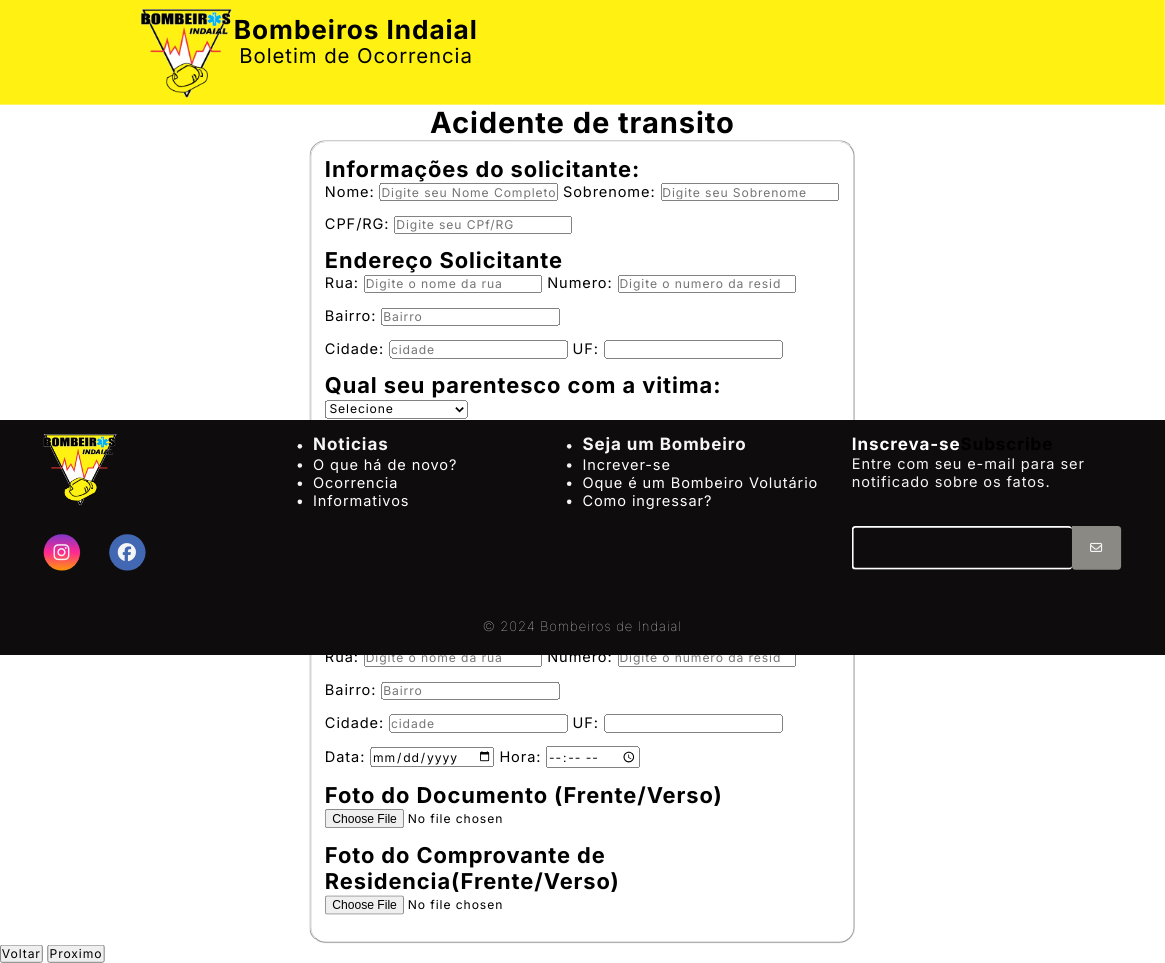
Repository: ThaylonKnopf/ProjetoBV
Page: AcidenteTransito/transitoparente/Form.html
An editor plug-in stored every save of this project. The page is shown before and after a run of saves, followed by the edit.
The browser window is 1280 px wide. The pictures show the whole page, at 91% of full size.

Above is the page before, as saved 2024-04-08 11:39:33.

### AcidenteTransito/transitoparente/Form.html
<!DOCTYPE html>
<html lang="pt-BR">

    <head>
        <meta charset="UTF-8">
        <meta name="viewport" content="width=device-width, initial-scale=1.0">
        <title>Requisição de B.O.</title>
        <link rel="stylesheet" href="estilo-fato.css">
        <link rel="shortcut icon"
            href="https://storage.googleapis.com/production-hostgator-brasil-v1-0-9/629/1202629/afAiZAhX/4db7fe933b1247ebbdbe06664fbece59">
        <link rel="stylesheet" href="https://cdnjs.cloudflare.com/ajax/libs/font-awesome/6.5.2/css/all.min.css"
            integrity="sha512-SnH5WK+bZxgPHs44uWIX+LLJAJ9/2PkPKZ5QiAj6Ta86w+fsb2TkcmfRyVX3pBnMFcV7oQPJkl9QevSCWr3W6A=="
            crossorigin="anonymous" referrerpolicy="no-referrer" />

    </head>

    <body>
        <header>
            <link rel="stylesheet" href="/header/footer/header.css">
            <main>
                <source media="(min-width:320px)" srcset="" sizes="300px">
                <div class="titulo">
                    <h1>Bombeiros&nbsp;Indaial</h1>
                </div>
                <div class="img">
                    <a href="https://bombeirosindaial.com.br/" target="_blank"><img src="../img/m.png"
                            alt="logo-bombeiro"></a>
                </div>
                <div class="p">
                    <p>Boletim&nbsp;de&nbsp;Ocorrencia</p>
                </div>
                </nav>
            </main>
        </header>
        <main class="menuh1">
            <h1>Acidente de transito</h1>
        </main>
        <form>
            <fieldset>
                <h2>Informações do solicitante:</h2>
                <div class="campo" required>
                    <label for="nome">Nome:</label>
                    <input type="text" name="nome" id="nome" placeholder="Digite seu Nome Completo" required>
                    <label for="sobrenome">Sobrenome:</label>
                    <input type="text" name="sobrenome" id="sobrenome" placeholder="Digite seu Sobrenome" required>
                </div>
                <div id="cpf">
                    <label for="cfp">CPF/RG:</label>
                    <input type="text" name="cfp" id="cpf" placeholder="Digite seu CPf/RG" required>
                </div>
                <h2>Endereço Solicitante</h2>
                <div id="rua">
                    <label for="rua">Rua:</label>
                    <input type="text" name="rua" id="rua" placeholder="Digite o nome da rua" required>
                    <label for="rua">Numero:</label>
                    <input type="number" name="numero" id="numero" placeholder="Digite o numero da residencia."
                        required>
                </div>
                <div id="bairro">
                    <label for="bairro">Bairro:</label>
                    <input type="text" name="bairro" id="bairro" placeholder="Bairro" required>
                </div>
                <div>
                    <label for="cidade">Cidade:</label>
                    <input type="text" name="cidade" id="cidade" placeholder="cidade" required>
                    <label for="estado">UF:</label>
                    <input type="text" name="estado" id="estado" required>
                </div>
                <h2>Qual seu parentesco com a vitima:</h2>
                <select name="parentesco" id="parente">
                    <option selected disabled value="">Selecione</option>
                    <option>Pai/Mae</option>
                    <option>Irmão/Irmã</option>
                    <option>Conjuge</option>
                    <option>Filho/Filha</option>
                    <option>Avô/Avó</option>
                    <option>Responsável Legal</option>
                </select>
                <h2>Informações da vitima:</h2>
                <div class="campov">
                    <label for="nomev">Nome:</label>
                    <input type="text" name="nome" id="nomev" placeholder="Digite seu Nome" required>
                    <label for="sobrenome">Sobrenome:</label>
                    <input type="text" name="sobrenome" id="sobrenomev" placeholder="Digite seu Sobrenome" required>
                </div>
                <div id="cpfv">
                    <label for="cfp">CPF/RG:</label>
                    <input type="text" name="cfp" id="cpfv" placeholder="Digite seu CPf/RG" required>
                </div>
                <h2>Endereço Vitima</h2>
                <div id="ruav">
                    <label for="rua">Rua:</label>
                    <input type="text" name="rua" id="ruavi" placeholder="Digite o nome da rua" required>
                    <label for="numero">Numero:</label>
                    <input type="number" name="numero" id="numerov" placeholder="Digite o numero da residencia."
                        required>
                </div>
                <div id="bairrov">
                    <label for="bairro">Bairro:</label>
                    <input type="text" name="bairro" id="bairrov" placeholder="Bairro" required>
                </div>
                <div>
                    <label for="cidade">Cidade:</label>
                    <input type="text" name="cidade" id="cidadev" placeholder="cidade" required>
                    <label for="estado">UF:</label>
                    <input type="text" name="estado" id="estadov" required>
                <h2>Informações da ocorrencia:</h2>
                <div id="ruao">
                    <label for="rua">Rua:</label>
                    <input type="text" name="rua" id="ruaoc" placeholder="Digite o nome da rua" required>
                    <label for="numero">Numero:</label>
                    <input type="number" name="numero" id="numeroc" placeholder="Digite o numero da residencia."
                        required>
                </div>
                <div id="bairroc">
                    <label for="bairro">Bairro:</label>
                    <input type="text" name="bairro" id="bairroc" placeholder="Bairro" required>
                </div>
                <div>
                    <label for="cidade">Cidade:</label>
                    <input type="text" name="cidade" id="cidadec" placeholder="cidade" required>
                    <label for="estado">UF:</label>
                    <input type="text" name="estado" id="estadoc" required>
                </div>
                <div id="data">
                    <label for="data">Data:</label>
                    <input type="date" name="dataoc" id="dataoc">
                    <label for="hora">Hora:</label>
                    <input type="time" name="horaoc" id="horaoc">
                </div>
                <div class="doc">
                    <h2>Foto do Documento (Frente/Verso)</h2>
                    <input type="file" name="doc" id="doc">
                </div>
                <div class="res">
                    <h2>Foto do Comprovante de Residencia(Frente/Verso)</h2>
                    <input type="file" name="doc">
                </div>
            </fieldset>
    </form>
        <main class="main-botao">
            <div class="continuar" required>
                <a href="../transitoselecionar/transito1.html"><button class="voltar">Voltar</button></a>
                <a href="/AcidenteTransito/transitoparente/Concluido.html"><button class="prox" required>Proximo</button></a>
            </div>
        </main>
        <footer id="footer">
            <link rel="stylesheet" href="/header/footer/footer.css">
            <div id="footer_content">
                <div id="footer_contacts">
                    <a href="https://bombeirosindaial.com.br/" target="_blank">
                        <h1>
                            <img src="../img/m.png" width="80px" alt="">
                        </h1>
                    </a>
                    <div id="footer_social_media">
                        <a href="#" class="footer-link" id="instagram">
                            <i class="fa-brands fa-instagram"></i>
                        </a>
                        <a href="#" class="footer-link" id="facebook">
                            <i class="fa-brands fa-facebook"></i>
                        </a>
                    </div>
                </div>
                <ul class="footer-list">
                    <li>
                        <h3>Noticias</h3>
                    </li>
                    <li>
                        <a href="#" class="footer-link">O que há de novo?</a>
                    </li>
                    <li>
                        <a href="#" class="footer-link">Ocorrencia</a>
                    </li>
                    <li>
                        <a href="#" class="footer-link">Informativos</a>
                    </li>
                </ul>
                <ul class="footer-lists">
                    <li>
                        <h3 id="pro">Seja um Bombeiro</h3>
                    </li>
                    <li>
                        <a href="#" class="footer-links">Increver-se</a>
                    </li>
                    <li>
                        <a href="#" class="footer-links">Oque é um Bombeiro Volutário</a>
                    </li>
                    <li>
                        <a href="#" class="footer-links">Como ingressar?</a>
                    </li>
                </ul>
                <div id="footer_subscribe">
                    <h3>Subscribe</h3>
                    <p>
                        Entre com seu e-mail para ser notificado sobre os fatos.
                    </p>
                    <div id="input_group">
                        <input type="email" id="email">
                        <button>
                            <i class="fa-regular fa-envelope"></i>
                        </button>
                    </div>
                </div>
            </div>
            <div id="footer_copyright">
                &#169
                2024 Bombeiros de Indaial
            </div>
        </footer>
        <script src="script.js"></script>
    </body>

</html>

### AcidenteTransito/transitoparente/estilo-fato.css
@charset "UTF-8";

@import url('https://fonts.googleapis.com/css2?family=Bebas+Neue&family=Inter:wght@100..900&display=swap');

:root {
    --color-neutral-0: #0e0c0c;
    --color-neutral-10: #171717;
    --color-neutral-30: #a8a29e;
    --color-neutral-40: #f5f5f5;

}

* {
    margin: 0PX;
    padding: 0PX;
    font-family: 'Inter', sans-serif;
    box-sizing: border-box;
    letter-spacing: 1px;
}

P {
    margin: 15px 0px 15px 0px;
}
.menuh1{
    margin:auto;
    max-width: 470px;
    text-align: center;
}

form{
    max-width: 600px;
    margin: auto;
}
fieldset{
    border-radius: 18px;
    padding: 15px;
}
fieldset div{
    margin-bottom: 15px;
}

@media (max-width: 970px) {
    .menu section {
        width: 80%;
    }
    .menuh1{
        width: 80%;
    }
    form fieldset{
        width: 470px;
        margin: 10px;
    }
    fieldset div{
        display: grid;
    }
    fieldset div input{
        margin-left: 25px;
        margin-right: 20px;
    }

    .res{
        margin-right: 20px;
        margin-bottom: 20px;
    }
    .menuh1 form h2{
        margin-left: 10px;
    }
}
@media screen and (max-width: 376px) {
    .tit{
        margin-top: -100px;
    }
    .menu .container{
        width: 80%;
        margin-top: 150px;
    }
    .menu {
        width: 300px;
    }
}
@media screen and (max-width: 375px) {
    .tit{
        margin-top: -100px;
    }
    .menu .container{
        width: 80%;
        margin-top: 150px;
    }
    .menu {
        width: 300px;
    }
}

### header/footer/header.css
@charset "UTF-8";

@import url('https://fonts.googleapis.com/css2?family=Bebas+Neue&family=Inter:wght@100..900&display=swap');

:root {
    --color-neutral-0: #0e0c0c;
    --color-neutral-10: #171717;
    --color-neutral-30: #a8a29e;
    --color-neutral-40: #f5f5f5;

}

* {
    margin: 0PX;
    padding: 0PX;
    font-family: 'Inter', sans-serif;
    box-sizing: border-box;
    letter-spacing: 1px;
}

main {
    height: auto;
}
main .titu{
    text-align: center;
}

P {
    margin: 15px 0px 15px 0px;
}

header {
    background-color: #FFF212;
    height: 115px;
    padding-top: 10px;
    padding-bottom: 0px;
}

header main {
    background-color: #FFF212;
    width: 900px;
    margin: auto;
    padding-top: 0px;
    padding-bottom: 0px;
    height: 90px;

}

header main h1 {
    margin-left: 67px;
    font-size: 1.8em;
    padding-top: 5px;
    margin-top: 0px;
}

header main img {
    width: 100px;
    margin-top: -40px;
    margin-left: -35px;
}

header main p {
    margin-left: 73px;
    margin-top: -64px;
    font-size: 1.4em;
}
@media screen and (max-width: 976px) {
    header main{
        margin: auto;
        width: 80%;
    }
}

@media screen and (max-width: 499px) {
    header{
        height: 110px;
    }
    header main{
        margin: auto;
        font-size: 12px;
        align-items: center;
    }
    header main img{
        width: 80px;
        margin-top: -25px;
        margin-left: -15px;
    }
    header main h1{
        margin-bottom: 5px;
        margin-left: 70px;
    }
    header main p {
        margin-top: -55px;
    }
}

### header/footer/footer.css
@charset "UTF-8";

@import url('https://fonts.googleapis.com/css2?family=Bebas+Neue&family=Inter:wght@100..900&display=swap');

:root {
    --color-neutral-0: #0e0c0c;
    --color-neutral-10: #171717;
    --color-neutral-30: #a8a29e;
    --color-neutral-40: #f5f5f5;

}

* {
    margin: 0PX;
    padding: 0PX;
    font-family: 'Inter', sans-serif;
    box-sizing: border-box;
    letter-spacing: 1px;
}

footer {
    position: fixed;
    bottom: 0;
    left: 0%;
    color: var(--color-neutral-40);
}

.footer-link {
    text-decoration: none;
    color: white;
}

.footer-links {
    text-decoration: none;
    color: white;
}

#footer_content {
    background-color: var(--color-neutral-0);
    display: grid;
    grid-template-columns: repeat(4, 1fr);
    padding: 1rem 3rem;
    max-height: 205px;

}

#footer_contacts {
    margin-bottom: 0.75rem;
}

#footer_social_media {
    display: flex;
    gap: 2rem;
    margin-top: 1.5rem;
}

#footer_social_media .footer-link {
    display: flex;
    align-items: center;
    justify-content: center;
    height: 2.5rem;
    width: 2.5rem;
    color: var(--color-neutral-40);
    border-radius: 50%;
    transition: 0.4s;
}

#footer_social_media .footer-link i {
    font-size: 1.25rem;
}

#footer_social_media .footer-link:hover {
    opacity: 0.8;
}

#instagram {
    background: linear-gradient(#7f37c9, #ff2992, #ff9807);
    text-decoration: none;
}

#facebook {
    background-color: #4267b3;
    text-decoration: none;
}

.footer_list {
    display: flex;
    flex-direction: column;
    gap: 0.75rem;
    list-style: none;

}

.footer-link:hover{
    text-decoration: underline;
}
.footer-links:hover{
    text-decoration: underline;
}

#footer_subscribe {
    display: flex;
    flex-direction: column;
    gap: 1.5rem;
}

#footer_subscribe h3::before{
    content: "Inscreva-se";
    color:white;
}
#footer_subscribe h3{
    color:black;
    margin-bottom: -40px;
}
#footer_subscribe p {
    color: var(--color-neutral-40);
}

#input_group {
    display: flex;
    align-items: center;
    background-color: 4px;
    border-radius: 4px;
}

#input_group input {
    all: unset;
    padding: 0.75rem;
    width: 100%;
    border-top: 2px solid white;
    border-bottom: 2px solid white;
    border-left: 2px solid white;
    border-radius: 4px;
}

#input_group button {
    background-color: #8a8984;
    border: none;
    color: var(--color-neutral-40);
    padding: 0px 1.25rem;
    height: 100%;
    border-radius: 0px 4px 4px 4px;
    cursor: pointer;
    transition: all 0.4s;
}

#input_group button:hover {
    opacity: 0.8;
}

#footer_copyright {
    display: flex;
    justify-content: center;
    background-color: var(--color-neutral-0);
    font-size: 0.9rem;
    padding: 1.5rem;
    font-weight: 100;
}

@media screen and (max-width:768px) {
    #footer_content {
        grid-template-columns: repeat(2, 1fr);
        gap: 2rem;
    }

    #input_group input {
        border-top: 2px solid rgb(0, 0, 0);
        border-bottom: 2px solid rgb(0, 0, 0);
        border-left: 2px solid rgb(0, 0, 0);
        border-radius: 4px;

    }

    #footer {
        position: relative;
    }

    #footer_subscribe{
        margin-top: 65px;
    }

    #footer_subscribe h3::before {
        color: rgb(0, 0, 0);
        content: "Inscreva-se";
    }
    #footer_subscribe h3{
        color:white;

    }

    #footer_subscribe p {
        color: rgb(0, 0, 0);
        margin-top: 15px;
    }

    .footer-lists{
        margin-top: 65px;
    }

    .footer-links {
        color: black;
        text-decoration: none;
    }

    #pro {
        color: black;
    }
    .footer-links:hover {
        color: black;
        text-decoration: underline;
    }
    .footer-link:hover {
        text-decoration: underline;
    }


}

@media screen and (max-width:426px) {
    #footer_content {
        grid-template-columns: repeat(1, 1fr);
        padding: 3rem 2;
    }

    #input_group input {
        border-top: 2px solid rgb(0, 0, 0);
        border-bottom: 2px solid rgb(0, 0, 0);
        border-left: 2px solid rgb(0, 0, 0);
        border-radius: 4px;
    }

    #footer {
        position: relative;
    }

    #footer_subscribe .p {
        color: black;
    }
    #footer_copyright {
        position: absolute;
        height: 100px;
        bottom:0;
        left: 0;
        width: 100%;
    }

    .footer-list {
        color:black;
        margin-top: 20px;
    }
    .footer-link {
        color: black;
    }
    .footer-lists {
        color:black;
        margin-top: 2px;
    }

    .footer-links {
        color: black;
    }

    #pro {
        color: black;
    }
    .footer-links:hover {
        color: black;
        text-decoration: underline;
    }
    #input_group button {
        background-color: #8a8984;
        border: none;
        color: var(--color-neutral-40);
        padding: 0px 1.25rem;
        height: 80%;
        border-radius: 4px 4px 4px 4px;
        cursor: pointer;
        transition: all 0.4s;
        margin-bottom: 10px;
        margin-left: 1px;
    }
    #input_group input {
        border-top: 2px solid rgb(0, 0, 0);
        border-bottom: 1px solid rgb(0, 0, 0);
        border-left: 2px solid rgb(0, 0, 0);
        border-radius: 4px;
        margin-bottom: 15px;
    }
    #footer_contacts{
        margin: 0px auto;
    }
    #footer_contacts h1{
        margin-left: 13px;
    }
}

@media screen and (max-width: 413px) {
    #footer_content{
        margin-bottom: 140px;
    }
}

Loaded but not shown: AcidenteTransito/transitoparente/script.js (no copy from this time; the picture is the same without it)

After the next 6 saves:
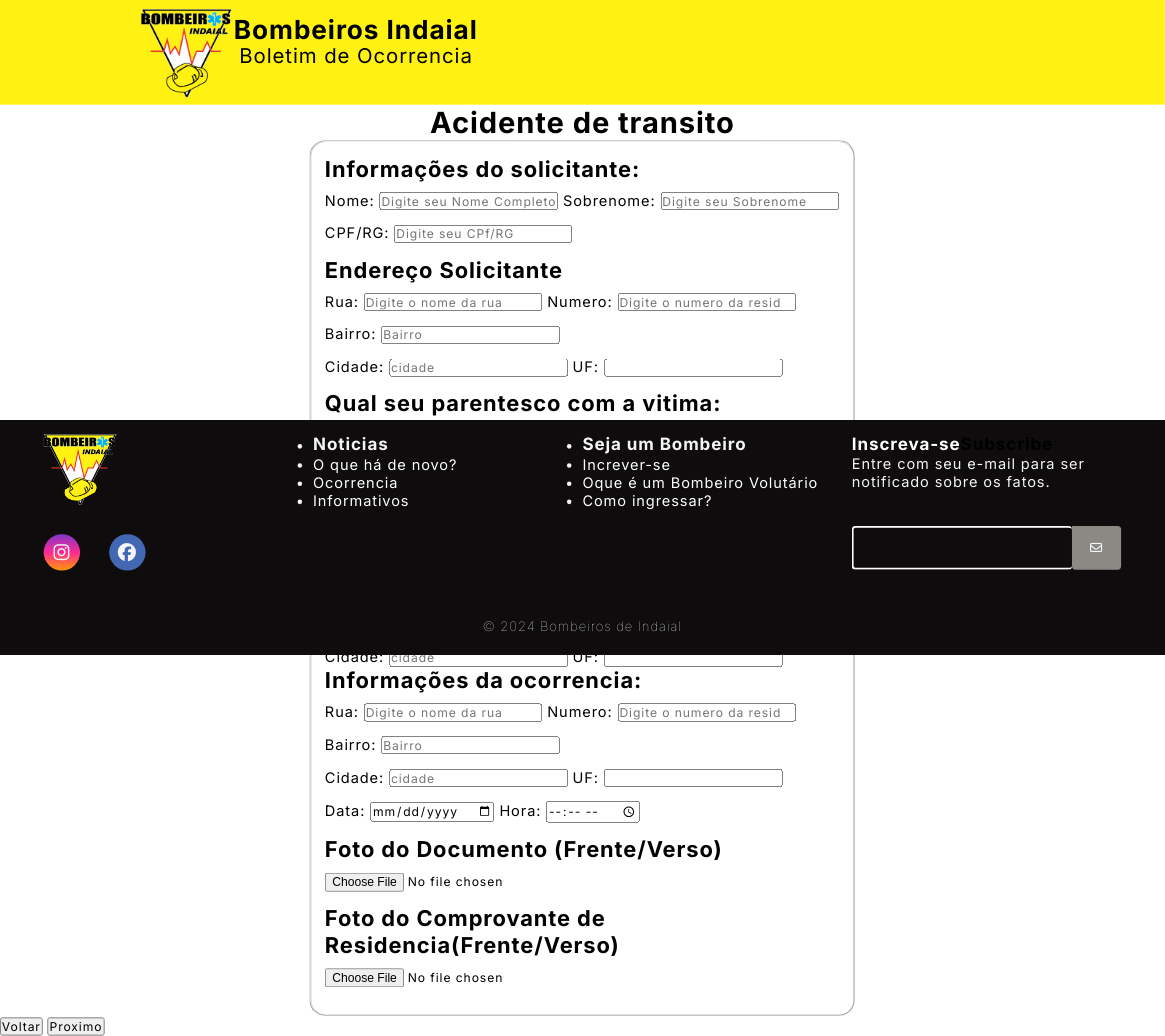
The 6 saves are shown as one change because they came seconds apart.
The last was saved 23 s later.
--- a/AcidenteTransito/transitoparente/estilo-fato.css
+++ b/AcidenteTransito/transitoparente/estilo-fato.css
@@ -37,6 +37,9 @@
 }
 fieldset div{
     margin-bottom: 15px;
+}
+h2{
+    margin-bottom: 10px;
 }
 
 @media (max-width: 970px) {
